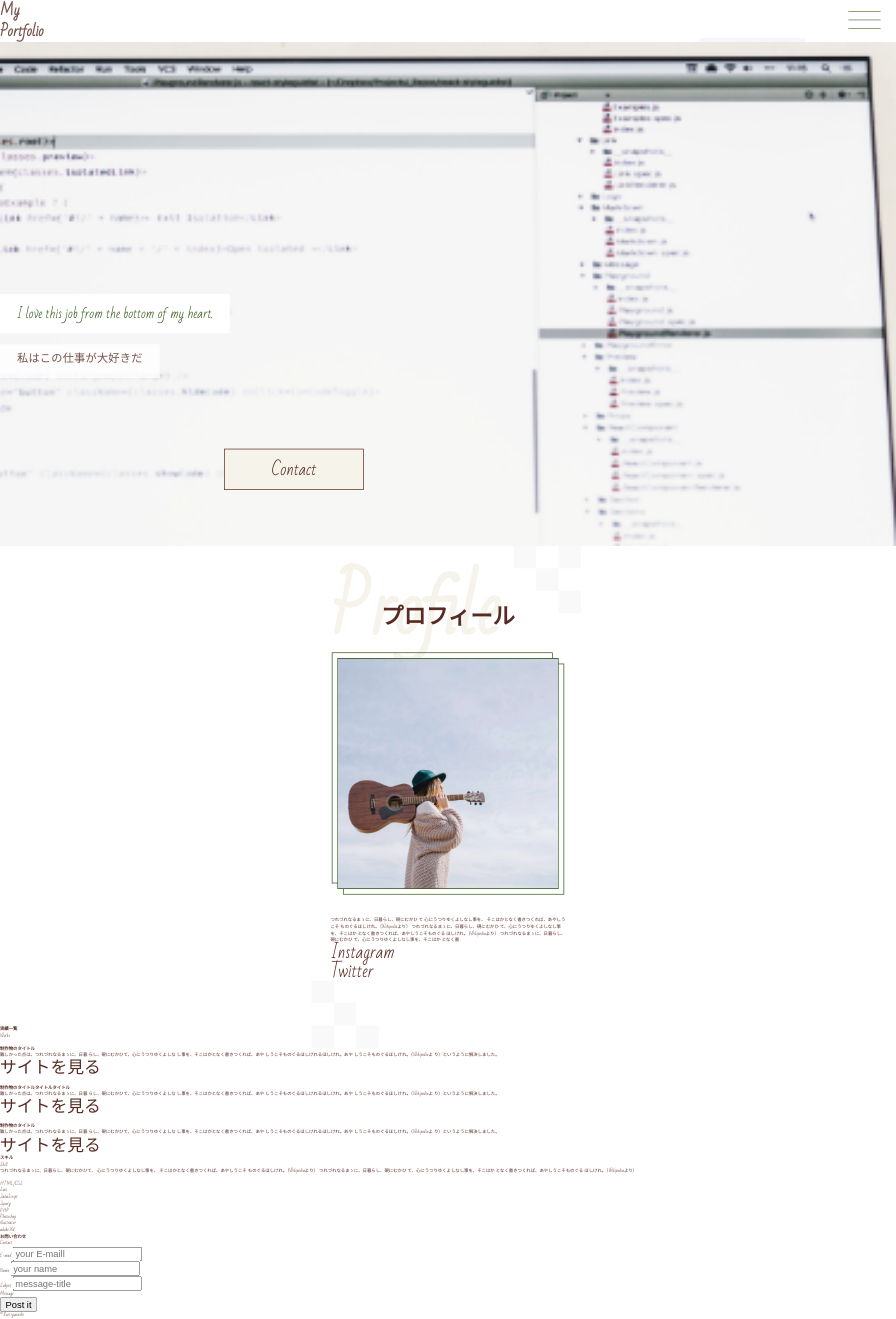
Repository: ppmp556/igarashi.kakuu
Page: index.html
The author's editor kept a copy of each file at every save. The page is drawn from the files as they stood at one save, then again after the next save.
The browser window is 1280 px wide. The pictures show the whole page, at 70% of full size.
Some web libraries are served in a nearby version. The style sheet was rebuilt from its Sass, Less or Tailwind sources for each picture, by a compiler version that may differ from the author's.

Above is the page before, as saved 2020-10-25 17:43:20.
Console error: TypeError: Cannot read properties of null (reading 'addEventListener')

After the next save:
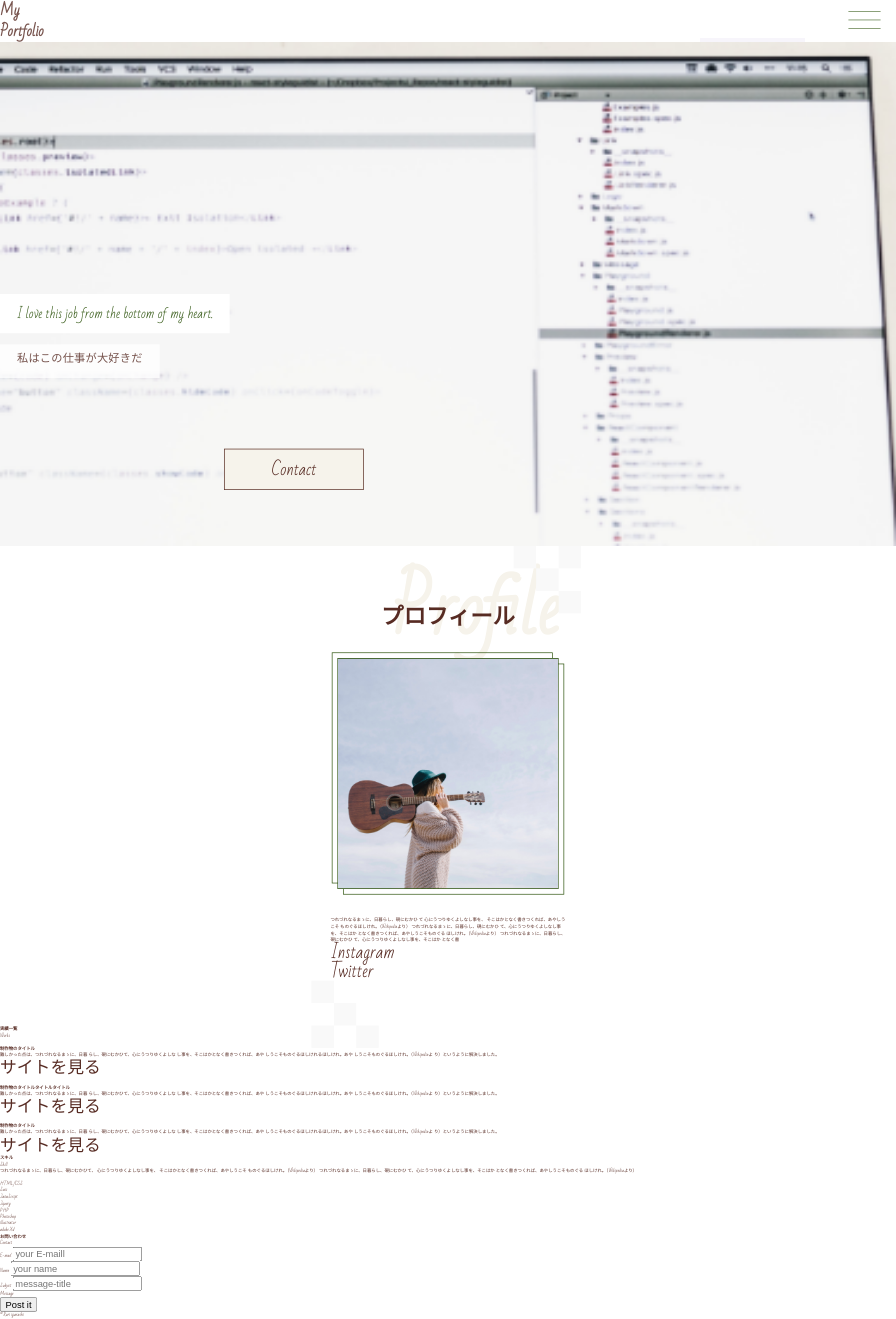
Saved 6 s later.
--- a/scss/style.scss
+++ b/scss/style.scss
@@ -411,7 +411,7 @@ profile
             content: 'Profile';
             position: absolute;
             bottom: -20px;
-            right: 8;
+            right: 8px;
             z-index: -1;
             color: $cBgColor;
             opacity: 1;
